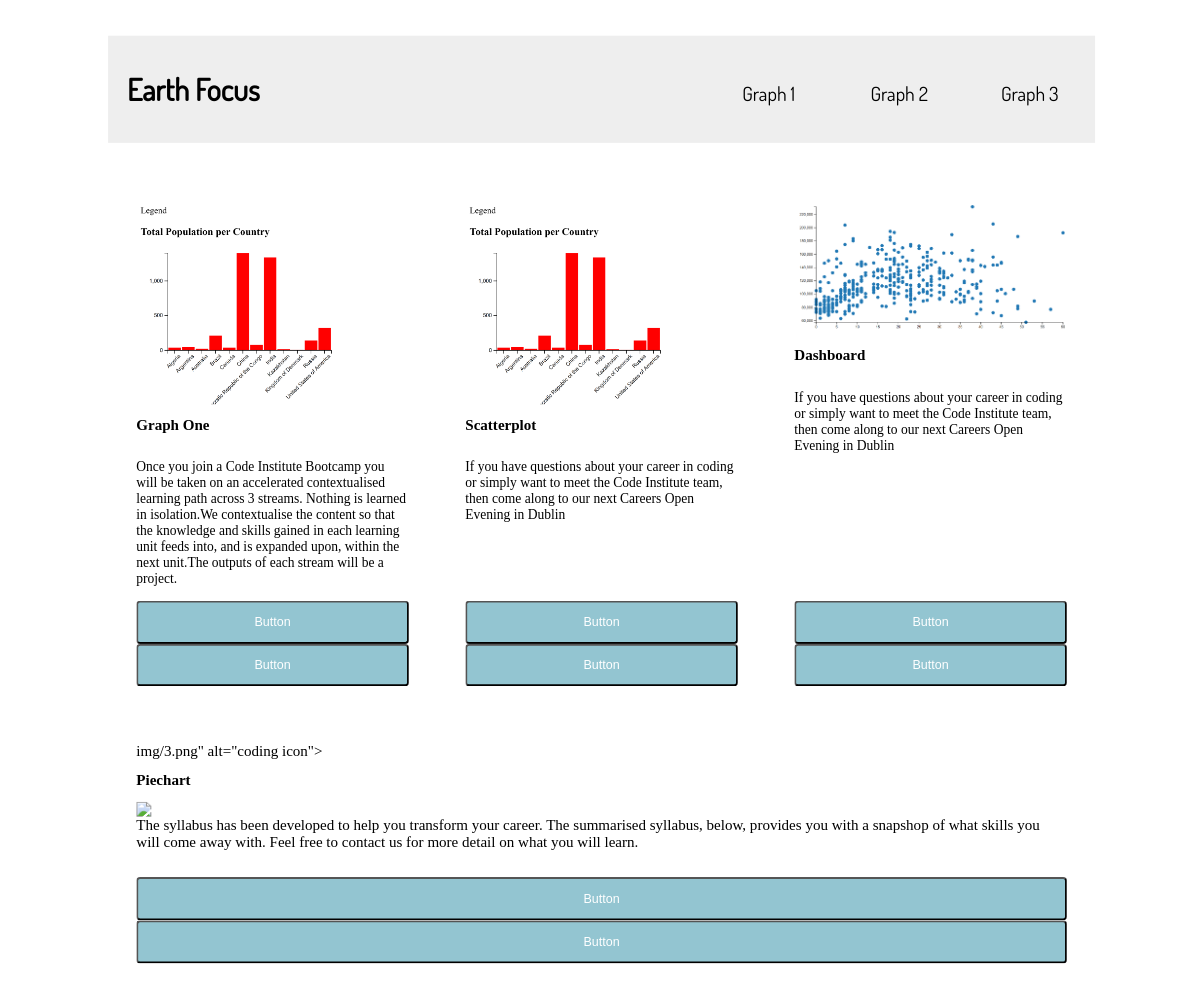
Repository: Code-Institute-Submissions/SOliv1-milestone2_NovResub
Page: index.html
The author's editor kept a record of every edit. The page is drawn from the files as they stood at one moment, then again after the next edit.
The browser window is 1280 px wide. The pictures show the whole page, at 94% of full size.
Some web libraries are served in a nearby version.

Above is the page before.

### index.html
<!DOCTYPE html>
<html lang="en">
<head>
    <meta charset="UTF-8">
    <meta http-equiv="X-UA-Compatible" content="ie=edge">
    <meta name="viewport" content="width=device-width, initial-scale=1">
    <title>Earth Focus</title>
    <link href="css/style.css" rel="stylesheet">
    <link href='https://fonts.googleapis.com/css?family=Roboto' rel='stylesheet' type='text/css'>
    <link href='https://fonts.googleapis.com/css?family=Dosis' rel='stylesheet' type='text/css'>
    </head>
<body>
    <div id="container">
        <nav>
            <ul>
                <li id="logoNav">Earth Focus</>
                <li id="graph11_btn">Graph 1</li>
                <li id="graph2_btn"> Graph 2</li>
                <li id="graph3_btn">Graph 3</li>
            </ul>
        </nav>
        <div class="card graph1">
            <img class="card_image" src="img/1.png" alt="coding icon">
            <div class="card_bottom">
                <h2 class="card_head">Graph One</h2>
                <p class="card_para">Once you join a Code Institute Bootcamp you will be taken on an accelerated contextualised learning path across 3 streams. Nothing is learned in isolation.We contextualise the content so that the knowledge and skills gained in each learning
                    unit feeds into, and is expanded upon, within the next unit.The outputs of each stream will be a project. </p>
                <button class="bottom_button">Button</>
                <button class="bottom_button" id="button_effects1">Button</button>
            </div>
        </div>
        <div class="card graph3_btn">
            <img class="card_image" src="img/1.png" alt="coding icon">
            <h2 class="card_head">Scatterplot</h2>
            <p class="card_para">If you have questions about your career in coding or simply want to meet the Code Institute team, then come along to our next Careers Open Evening in Dublin</p>
            <button class="bottom_button">Button</>
            <button id="button_effects2" class="bottom_button">Button</button>
            </div>
        <div class="card graph2">
            <img class="card_image" src="img/2.png" alt="coding icon">
            <h2 class="card_head">Dashboard</h2>
            <p class="card_para">If you have questions about your career in coding or simply want to meet the Code Institute team, then come along to our next Careers Open Evening in Dublin</p>
            <button class="bottom_button">Button</>
            <button id="button_effects3" class="bottom_button">Button</button>
        </div>
        <div class="card graph3">img/3.png" alt="coding icon">
            <h2 class="card_head">Piechart</h2>
            <img class="card_image" src="i
            <p class="card_para">The syllabus has been developed to help you transform your career. The summarised syllabus, below, provides you with a snapshop of what skills you will come away with. Feel free to contact us for more detail on what you will learn.</p>
            <button class="bottom_button">Button</>
             <button id="button_effects4" class="bottom_button">Button</button>
        </div>
    <script src="https://code.jquery.com/jquery-3.2.1.js" integrity="sha256-DZAnKJ/6XZ9si04Hgrsxu/8s717jcIzLy3oi35EouyE=" crossorigin="anonymous"></script>
    <script src="script.js"></script>
    <!-- Scripts located at the bottom of the body to insure page is fully loaded before execution -->
</body>
</html>

### css/style.css
Skip to content
Search or jump to…

Pull requests
Issues
Marketplace
Explore

@SOliv1
Code Issues 0 Pull requests 0 Projects 0 Wiki Security Pulse Community
jquery-events/style.css
 Ubuntu initial commit
871e21d on Aug 28
193 lines (133 sloc)  2.25 KB

body {
	font-family: 'Roboto', sans-serif;
	/*background-image: url(img/code-institute.jpg);
 	background-size: cover;
 	color: #ffffff;*/
 	background-color: #eee;

}

h1{
	font-size: 3em;
	text-align: center;
}

h2 {
	font-size: 1em;
	text-align: left;

}



p {
	font-size: .9rem;
}



div {
	border-radius: 4px;
}

.card_image {
	width: 100%;

}

.bottom_button {
	display: flex;
	box-sizing:border-box;
	border-radius: 4px;
	display: block;
	width: 100%;
	background-color:rgba(129, 187, 201,.85);
	text-align: center;
	padding: 1em .75em;
	text-decoration: none;
	color: #fff;

}

.card_bottom {
	display: flex;
	flex-flow:column;
}

.card_head {
	flex:0;
}



.card_para {

	flex:1 0 auto;

}

#container {
	display: flex;		/* makes container a flexbox*/
	flex-flow: row wrap; 	/* layout the boxes in rows and wrap them*/
	box-sizing:border-box;
	margin-right:auto;
	margin-left:auto;
	max-width:1050px;
}

#logo {
	width: 800px;
	margin: auto;
}



.card {

	flex:1; /* */

	display: flex;	/* make the contents controllable by flexbox*/
	flex-flow:column;	/* */
	min-width: 240px; /**/
	margin: 10px;
	padding: 20px;
	background-color: #fff;
}

.highlight_stream {
	background-color: #EB5255;
}

#my_footer {
	width:100%;
	text-align: center;
}



#copyright {
	margin-top:10px;
	margin-bottom:10px;

}

/*************************
Navigation
**************************/

nav {

	font-family: roboto;
	background-color: #eee;
	margin: 30px auto;
	width: 100%;
}

ul {

	display: flex;

	justify-content:space-between;

	flex-flow: row;

	/*flex-flow: row-reverse;*/
	/*justify-content:flex-end;*/
	/*justify-content:space-around;*/
	/*align-items:flex-start;*/
	align-items:baseline;
	border-radius: 10px;
	list-style-type: none; /*Remove Bullets*/
	padding: 0;

}

li {
	flex:1;
	height: 30px;
	/*width:10%;*/
	/*border:2px solid #000;*/
	/*background-color: #81BBC9;*/
	/*border-radius: 10px;*/
	font-family: Dosis;
	padding:20px 20px 20px 20px;
	text-align: center;
	font-size: 1.3em;
}

#logoNav {
	flex:6;
	text-align: left;
	font-size: 2em;
	font-weight: bold;
}

.underline {
    text-decoration:underline;

}



.border {

    border: solid 5px #ccc;

}

@media screen and (max-width: 700px) {
	ul {
		flex-flow: column;
		align-items:center;
    }
	li {
		font-size: 2em;
	}

}

### script.js
$(document).ready(function() {
    -$("#barchart_html").on("click", function() {
        $(".graph1").show();
        $(".graph1").show(1000);
        $("#button_effects1").click(function(){
        $('#button_effects1').hide('slow');
    });
 });

   $("#barchart2_html").on("click", function() {
        $(".graph1").removeClass('highlight_graph');
        $(".graph2").removeClass('highlight_graph');
        $(".graph3").removeClass('highlight_graph');
        $(".graph2").addClass('highlight_graph');
   });

    $("#barchart3_html").on("click", function() {
        $(".graph1").removeClass('highlight_graph');
        $(".graph2").removeClass('highlight_graph');
        $(".graph3").removeClass('highlight_graph');
        $(".graph3").addClass('highlight_graph');
    });
});

    $(document).ready(function() {
    $("#button_effects1").click(function(){
        $('#par1').toggle('1000');
    });
    $("#button_effects2").click(function(){
        $('#par2').toggle('1000');
    });
    $("#button_effects3").click(function(){
        $('#par3').toggle('1000');
    });
    $("#button_effects4").click(function(){
        $('#par4').toggle('1000');
    });
});

$(document).ready(function() {
    // Create the slideToggle effects each of the paragraphs and
    // buttons
    $("#button_effects1").click(function(){
        $('#par1').slideToggle('1000');
    });
    $("#button_effects2").click(function(){
        $('#par2').slideToggle('1000');
    });
    $("#button_effects3").click(function(){
        $('#par3').slideToggle('1000');
    });
    $("#button_effects4").click(function(){
        $('#par4').slideToggle('1000');
    });
    $("#button_effects5").click(function(){
        $('#par5').slideToggle('1000');
    });
    $("#button_effects6").click(function(){
        $('#par6').slideToggle('1000');
    });
});



// Use the fadeTo effect when the mouse hovers over a specific button
    // and fadeTo again when the mouse is no longer hovering over the button

    $("#button_effects1").mouseenter(function(){
        $('#button_effects1').fadeTo(1000, 0.5);
    });
    $("#button_effects1").mouseleave(function(){
        $('#button_effects1').fadeTo(1000, 1);
    });
    $("#button_effects2").mouseenter(function(){
        $('#button_effects2').fadeTo(1000, 0.5);
    });
    $("#button_effects2").mouseleave(function(){
        $('#button_effects2').fadeTo(1000, 1);
    });
    $("#button_effects3").mouseenter(function(){
        $('#button_effects3').fadeTo(1000, 0.5);
    });
    $("#button_effects3").mouseleave(function(){
        $('#button_effects3').fadeTo(1000, 1);
    });
    $("#button_effects4").mouseenter(function(){
        $('#button_effects4').fadeTo(1000, 0.5);
    });
    $("#button_effects4").mouseleave(function(){
        $('#button_effects4').fadeTo(1000, 1);
    });

//waits until page is loaded first

    $(document).ready(function(){
    //applies colour red to paragraphs when clicked on
    $("p").click(function(){
        $("p").addClass("highlight_text");
    });
});

//will add lightblue to h2 elements

    $("h2").hover(function(){
        $("h2").addClass( "h2_color");
    });

    /*
    this will apply larger font size to the active h2 element
    by adding the h2_font_size class but
    not the other h2 elements by removing class h2_font_size from them
    */

    $("#hr_html").hover(function(){
        $("#hr_graph").removeClass("h2_font_size");
        $("#hr_dashboard").removeClass("h2_font_size");
        $("#hr_scatterplot").removeClass("h2_font_size");
        $("#hr_piechart").removeClass("h2_font_size");
    });


    //applies colour black to body background when mouse enters over buttons


    $(".bottom_button").mouseenter(function(){
        $("body").css( "background-color", "black");
    });

    //applies colour grey to body background when mouse leaves buttons

    $(".bottom_button").mouseleave(function(){
        $("body").css( "background-color", "#eee");
    });

After the next edit:
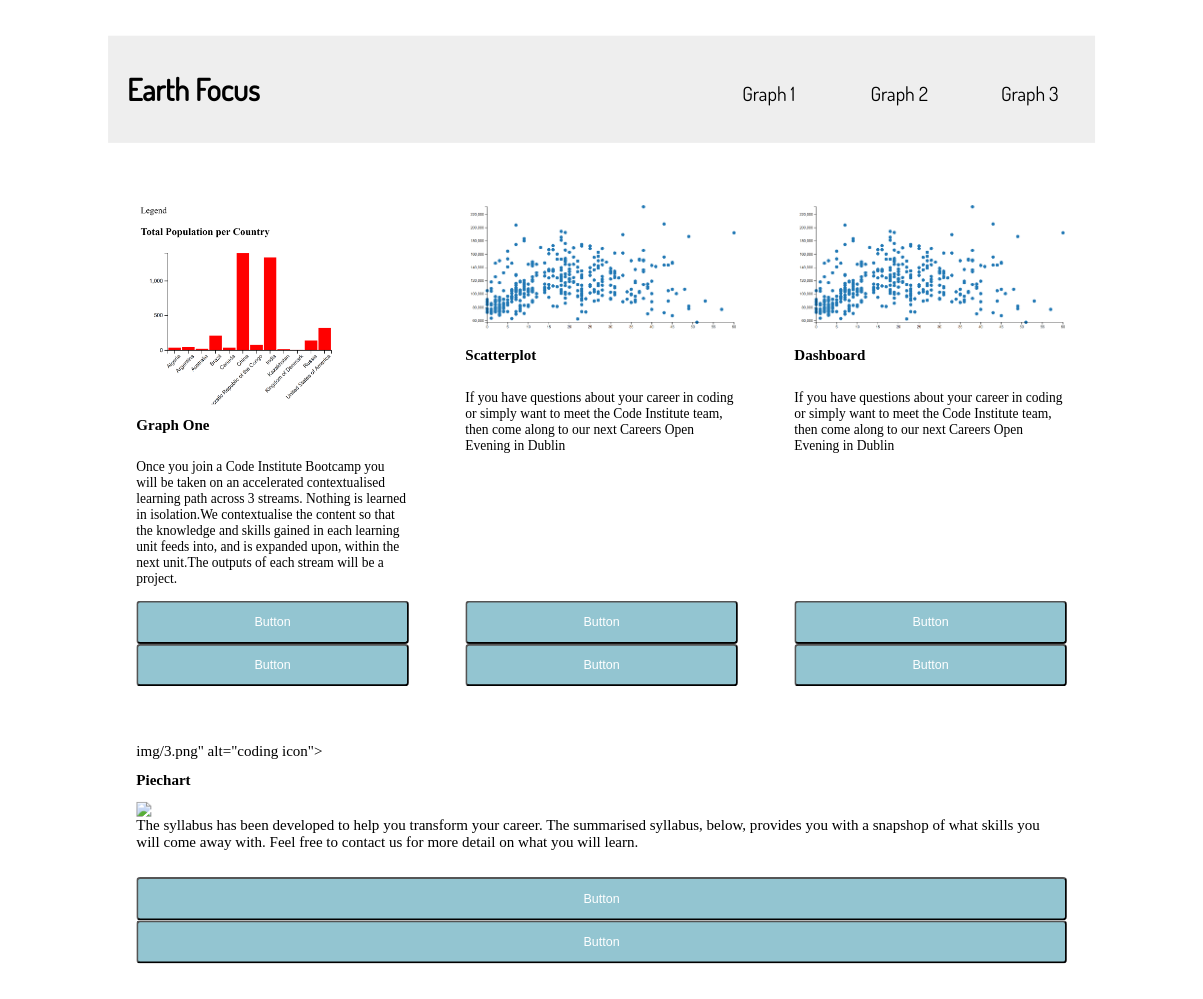
The edit:
--- a/index.html
+++ b/index.html
@@ -30,7 +30,7 @@
             </div>
         </div>
         <div class="card graph3_btn">
-            <img class="card_image" src="img/1.png" alt="coding icon">
+            <img class="card_image" src="img/2.png" alt="coding icon">
             <h2 class="card_head">Scatterplot</h2>
             <p class="card_para">If you have questions about your career in coding or simply want to meet the Code Institute team, then come along to our next Careers Open Evening in Dublin</p>
             <button class="bottom_button">Button</>
